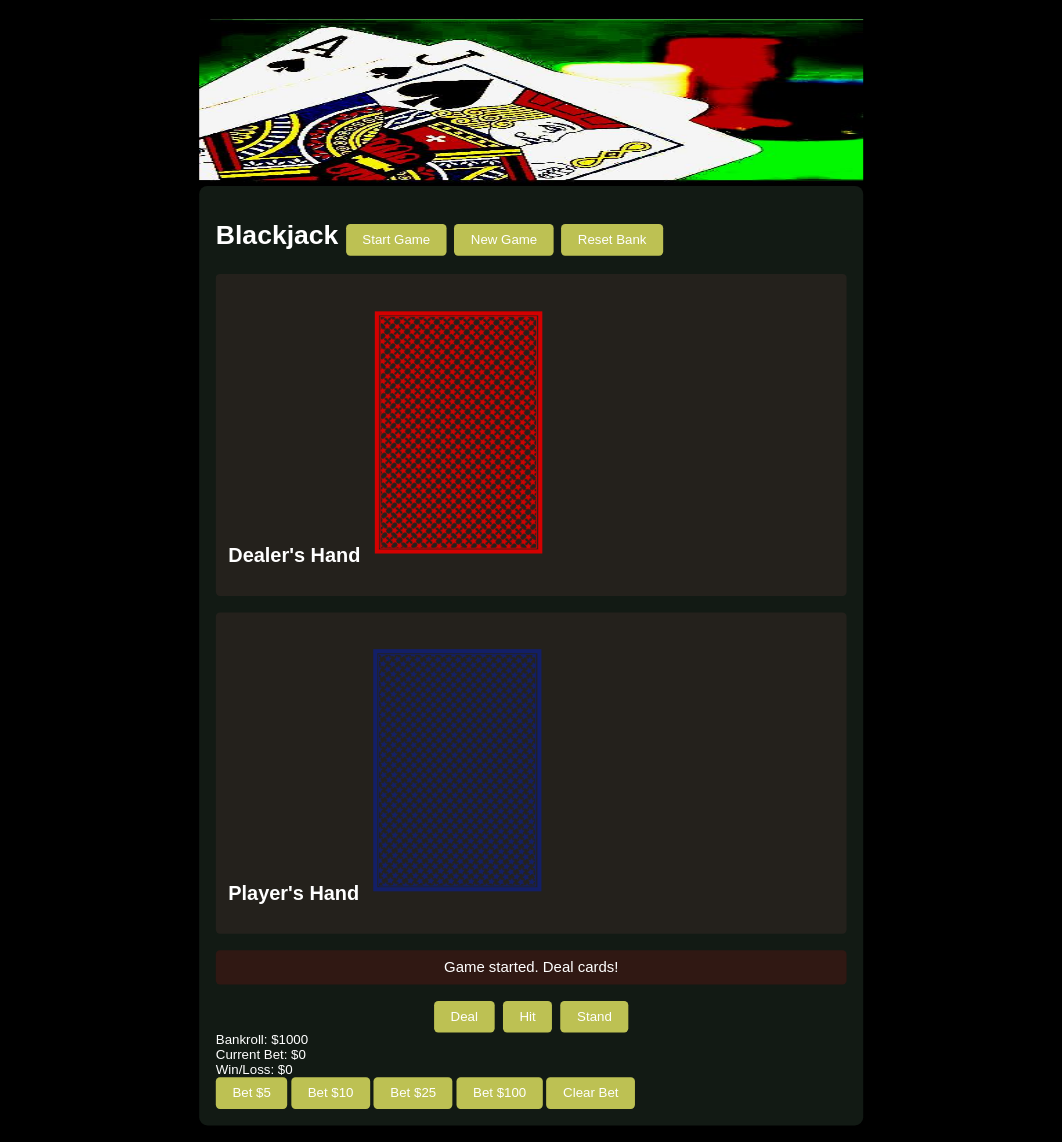
Repository: fahad7252/project-1-blackjack
Page: index.html
These files come from the project's save history. The page is drawn as it stood at one moment and after the next save; the edit follows.
The browser window is 1280 px wide. The pictures show the whole page, at 83% of full size.

Above is the page before, as saved 2024-12-02 16:55:30.
Console error: ReferenceError: handleDeal is not defined

After the next save:
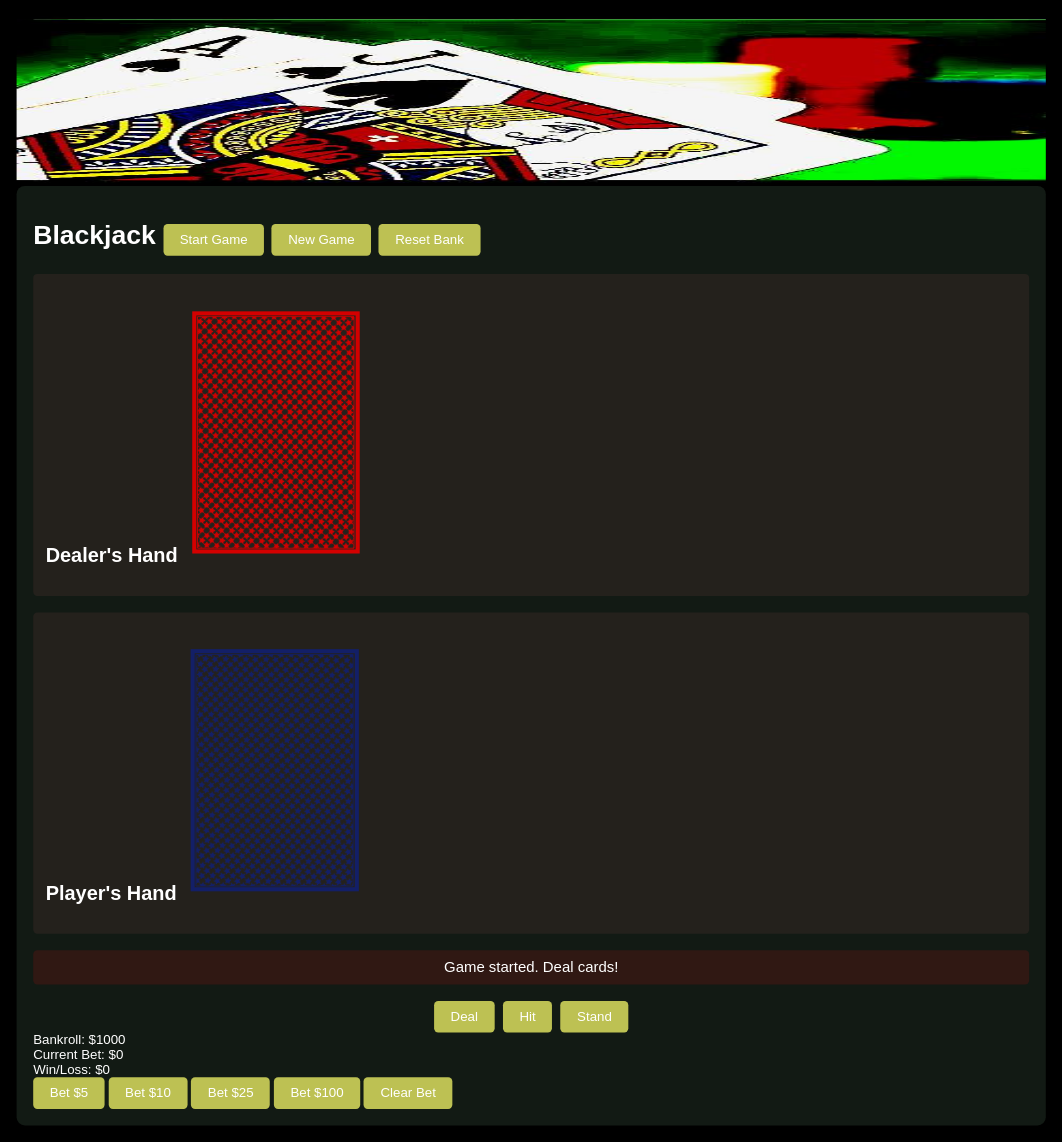
Saved 20 min 16 s later.
--- a/css/main.css
+++ b/css/main.css
@@ -1,6 +1,5 @@
 body {
     font-family: Arial, sans-serif;
-    max-width: 800px;
     margin: 0 auto;
     padding: 20px;
     background-color: #000000;
